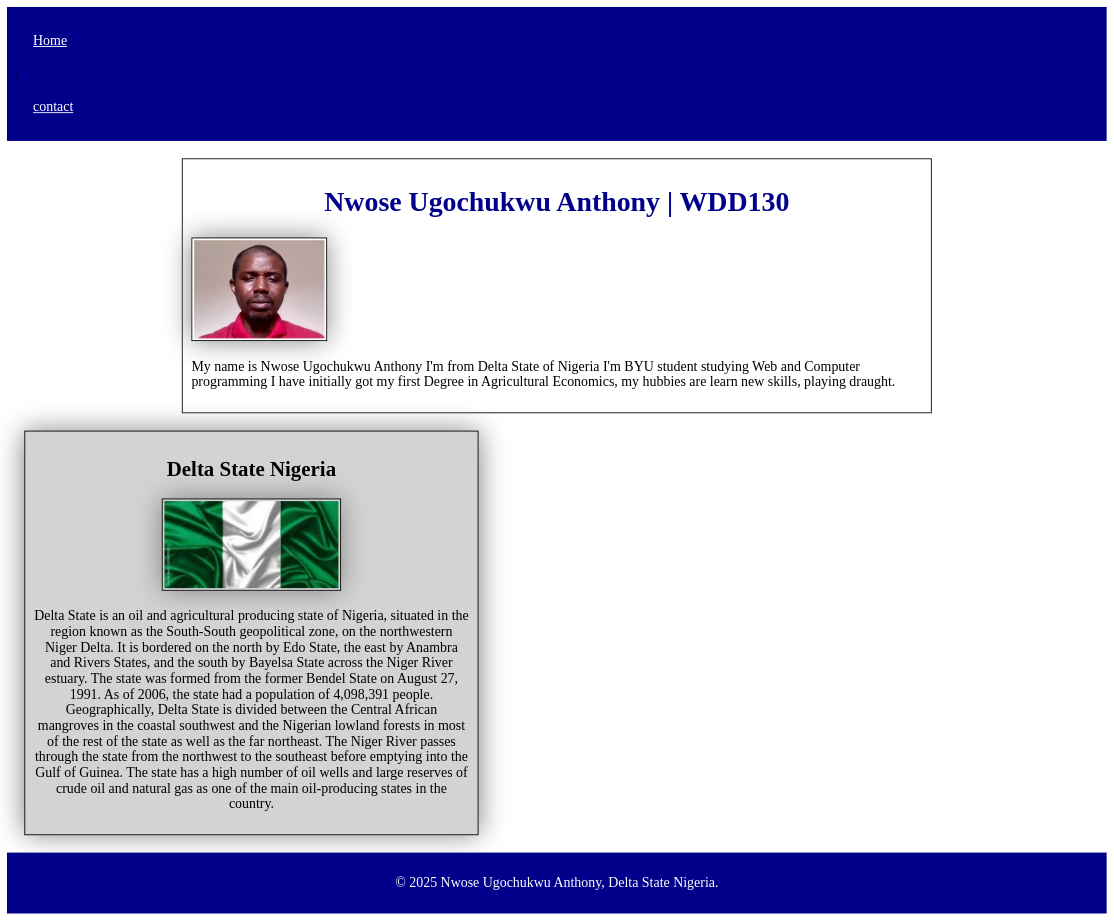
Repository: NoblesNigeria/wdd130
Page: index.html
The author's editor kept a copy of each file at every save. The page is drawn from the files as they stood at one save, then again after the next save.
The browser window is 1280 px wide. The pictures show the whole page, at 87% of full size.

Above is the page before, as saved 2025-09-08 18:04:34.

### index.html
<!DOCTYPE html>
<html lang="en">

<head>
    <meta charset="UTF-8">
    <meta name="viewport" content="width=device-width, initial-scale=1.0">
    <title>Nwose Ugochukwu Anthony| WDD130</title>
    <meta name="description" content="This is my personal webpage">
    <meta name="Author" content="Nwose Ugochukwu Anthony">
    <link rel="stylesheet" href="styles/styles.css">
</head>

<body>
    <header>
        <nav>
            <a href="#">Home</a> |
            <a href="#">contact</a>
        </nav>
    </header>
    <main>
        <h1>Nwose Ugochukwu Anthony | WDD130</h1>
        <img src="images/profile.jpg" alt="Nwose Anthony" width="200">
        <p>My name is Nwose Ugochukwu Anthony I'm from Delta State of Nigeria I'm BYU student studying Web and Computer
            programming I have initially got my first Degree in Agricultural Economics, my hubbies are learn new skills,
            playing draught.
        </p>
    </main>
    <aside>
        <h2>Delta State Nigeria</h2>
        <img src="images/nigeria-flag.jpg" alt="Delta State Nigeria" width="200">
        <p>Delta State is an oil and agricultural producing state of Nigeria, situated in the region known as the
            South-South geopolitical zone, on the northwestern Niger Delta. It is bordered on the north by Edo State,
            the east by Anambra and Rivers States, and the south by Bayelsa State across the Niger River estuary. The
            state was formed from the former Bendel State on August 27, 1991. As of 2006, the state had a population of
            4,098,391 people. Geographically, Delta State is divided between the Central African mangroves in the
            coastal southwest and the Nigerian lowland forests in most of the rest of the state as well as the far
            northeast. The Niger River passes through the state from the northwest to the southeast before emptying
            into the Gulf of Guinea. The state has a high number of oil wells and large reserves of crude oil and
            natural gas as one of the main oil-producing states in the country.
        </p>
    </aside>
    <footer>
        <p>&copy; 2025 Nwose Ugochukwu Anthony, Delta State Nigeria.</p>
    </footer>

</body>

</html>

### styles/styles.css
nav {
    background-color: darkblue;
    padding: 10px;
}
nav a {
    color: white;
    display: block;
    padding: 20px;
}
h1 {
    color: darkblue;
    text-align: center;
}
img {
    width: 150px;
    height: auto;
    border: 1px solid black;
    padding: 2px;
    box-shadow: 0 0 30px gray;
}
p {
    padding: 0;
}
main{
    width: 840px;
    border: 1px solid black;
    margin: 20px auto;
    padding: 10px;
}
aside{
    background-color: lightgray;
    padding: 10px;
    margin: 20px;
    text-align: center;
    border: 1px solid black;
    color: black;
    width: 500px;
    box-shadow: 0 0 30px gray;
}
aside img{
    width: 200px;
    height: auto;
    border: 1px solid black;
    padding: 2px;
    box-shadow: 0 0 30px gray;
}
footer{
    background-color: darkblue;
    color: white;
    text-align: center;
    top-margin: 10px;
    top-border: 1px solid black;
    padding: 10px;
}

After the next save:
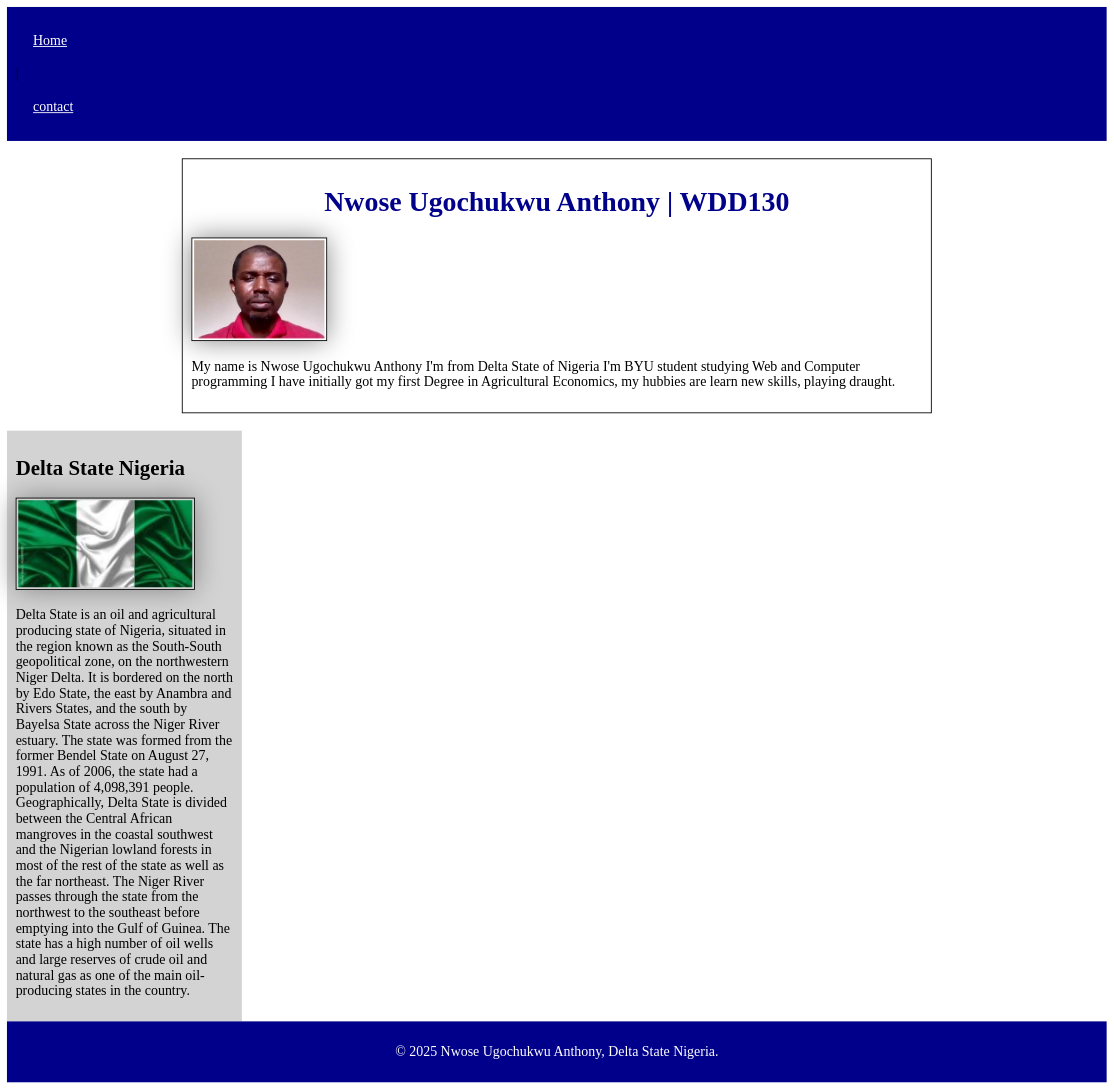
Saved 5 min 55 s later.
--- a/styles/styles.css
+++ b/styles/styles.css
@@ -30,12 +30,7 @@
 aside{
     background-color: lightgray;
     padding: 10px;
-    margin: 20px;
-    text-align: center;
-    border: 1px solid black;
-    color: black;
-    width: 500px;
-    box-shadow: 0 0 30px gray;
+    width: 250px;
 }
 aside img{
     width: 200px;
